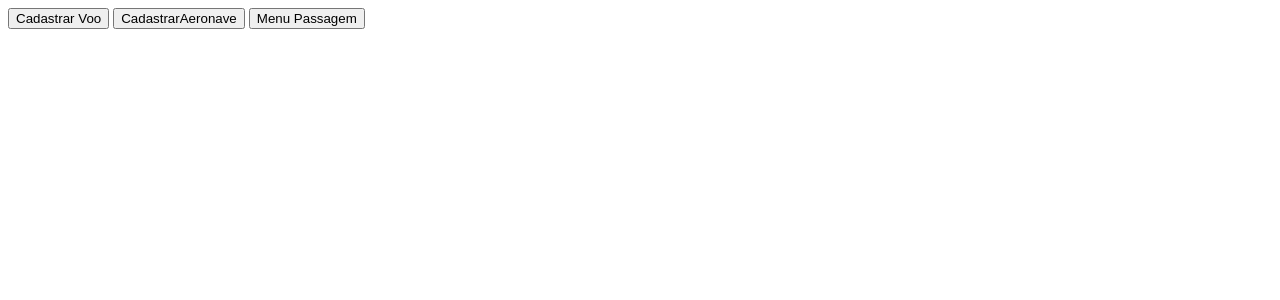
Repository: leal554/ProjetoVendaPassagemAereaWEB
Page: http://localhost/ProjetoVendaPassagemAereaWEB/Menu.jsp
These files come from the project's save history. The page is drawn as it stood at one moment and after the next save; the edit follows.
The browser window is 1280 px wide. The pictures show the whole page.
The page is served by Tomcat 9. Other server files are loaded and not shown.

Above is the page before, as saved 2015-10-15 22:45:04.

### ProjetoVendaPassagemAereaWEB/WebContent/Menu.jsp
<%@ page language="java" contentType="text/html; charset=ISO-8859-1"
    pageEncoding="ISO-8859-1"%>
<!DOCTYPE html PUBLIC "-//W3C//DTD HTML 4.01 Transitional//EN" "http://www.w3.org/TR/html4/loose.dtd">
<html>
<head>
<meta http-equiv="Content-Type" content="text/html; charset=ISO-8859-1">
<title>Insert title here</title>
</head>
<body>
	<button type="submit" value="Submit" name="cadastrarVoo">Cadastrar Voo</button>
	<button type="submit" value="Submit" name="cadastrarAeronave">CadastrarAeronave</button>
	<button type="submit" value="Submit" name="MenuPassagem">Menu Passagem</button>
</body>
</html>

After the next save:
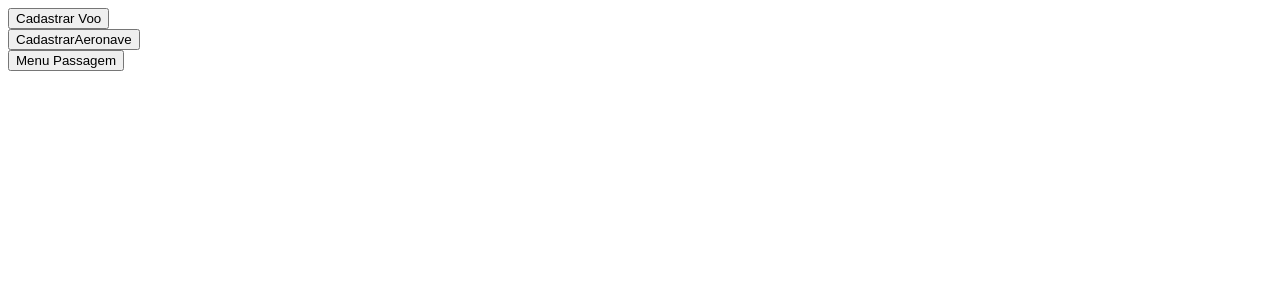
Saved 32 s later.
--- a/ProjetoVendaPassagemAereaWEB/WebContent/Menu.jsp
+++ b/ProjetoVendaPassagemAereaWEB/WebContent/Menu.jsp
@@ -7,8 +7,14 @@
 <title>Insert title here</title>
 </head>
 <body>
+<div>
 	<button type="submit" value="Submit" name="cadastrarVoo">Cadastrar Voo</button>
+	</div>
+	<div>
 	<button type="submit" value="Submit" name="cadastrarAeronave">CadastrarAeronave</button>
-	<button type="submit" value="Submit" name="MenuPassagem">Menu Passagem</button>
+</div>
+<div>
+<button type="submit" value="Submit" name="menuPassagem">Menu Passagem</button>
+</div>
 </body>
 </html>
